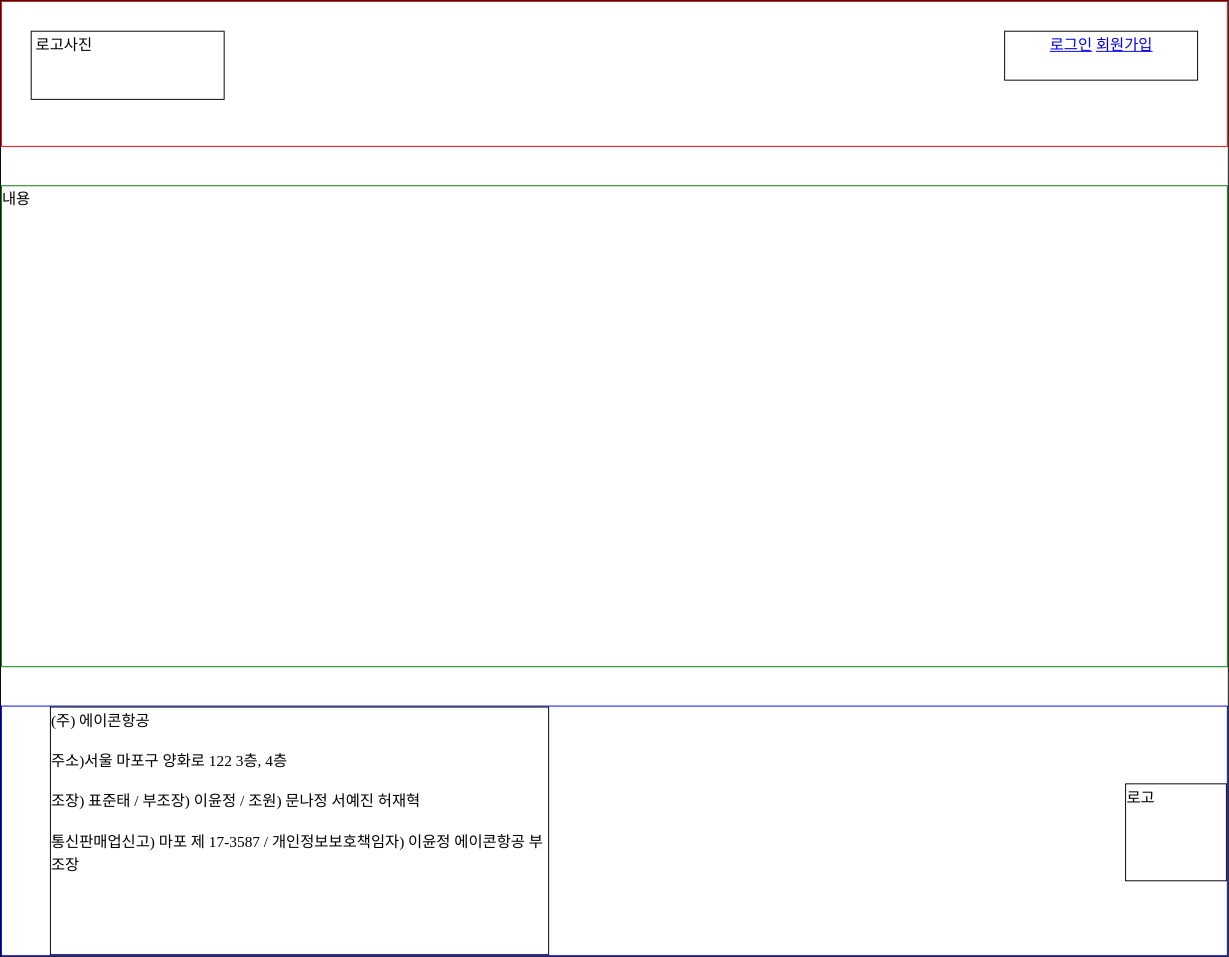
Repository: juntae710/Acorn_AirlineReservation_Project
Page: http://localhost/prj3_1/WEB-INF/views/h_index.jsp
An editor plug-in stored every save of this project. The page is shown before and after the next save, followed by the edit.
The browser window is 1280 px wide. The pictures show the whole page, at 96% of full size.
The page is served by Tomcat 9. Nobody is signed in. Other server files are loaded and not shown. The template is opened directly, without the code that normally fills it, so the values that code supplies are empty.

Above is the page before, as saved 2023-09-20 01:20:07.

### Eclipse/prj3_1/src/main/webapp/WEB-INF/views/h_index.jsp
<%@ page language="java" contentType="text/html; charset=UTF-8" pageEncoding="UTF-8"%>
<!DOCTYPE html>
<html>
<head>
<meta charset="UTF-8">
<title>Insert title here</title>
<style>
* {
	margin: 0;
}

main {
	border: 1px solid black;
}

header {
	border: 1px solid red;
	height: 150px;
	display: flex;
	position: relative;
}

.headerimg {
	width: 200px;
	height: 70px;
	border: 1px solid black;
	position: absolute;
	left: 30px;
	top: 30px;
}

.headerAtag {
	width: 200px;
	height: 50px;
	border: 1px solid black;
	position: absolute;
	right: 30px;
	top: 30px;
	text-align: center;
}

section {
	border: 1px solid green;
	height: 500px;
	margin-top: 40px;
}

footer {
	border: 1px solid blue;
	height: 259px;
	margin-top: 40px;
	margin-bottom: 0px;
	display: flex;
}


.footer_info{
border: 1px solid black;
margin-left: 50px;
width: 1000px;


}
.footer_img{
border: 1px solid black;
width: 200px;
height: 100px;
margin-left: 600px;
margin-top: 80px;
}

</style>
</head>
<body>
	<main>
		<header>
			<div class="headerimg">
				<img src="" alt=""> 로고사진
			</div>

			<%
			String id = (String) session.getAttribute("id");
			%>

			<div class="headerAtag">
				<%
				if (id == null) {
				%>
				<a href="<%=request.getContextPath()%>/h_login">로그인</a>
				<%
				%>
				<a href="<%=request.getContextPath()%>/l_join">회원가입</a>
				<%
				} else {
				%>
				<p>아이디: <%=id%>님 </p>
				<a href="<%=request.getContextPath()%>/h_logOut">로그아웃</a>
				<a href="<%=request.getContextPath()%>/UUA.do">마이페이지</a>

				<%
				}
				%>
			</div>

		</header>

		<section>내용</section>



		<footer>
		<div class="footer_info">(주) 에이콘항공 <br><br>
			 주소)서울 마포구 양화로 122 3층, 4층 <br><br>
			조장) 표준태 / 부조장) 이윤정 / 조원) 문나정 서예진 허재혁 <br><br>
			통신판매업신고) 마포 제 17-3587 / 개인정보보호책임자) 이윤정 에이콘항공 부조장
		 </div>
		<div class="footer_img"><img alt="" src="">로고</div>
		</footer>
	</main>
</body>
</html>

After the next save:
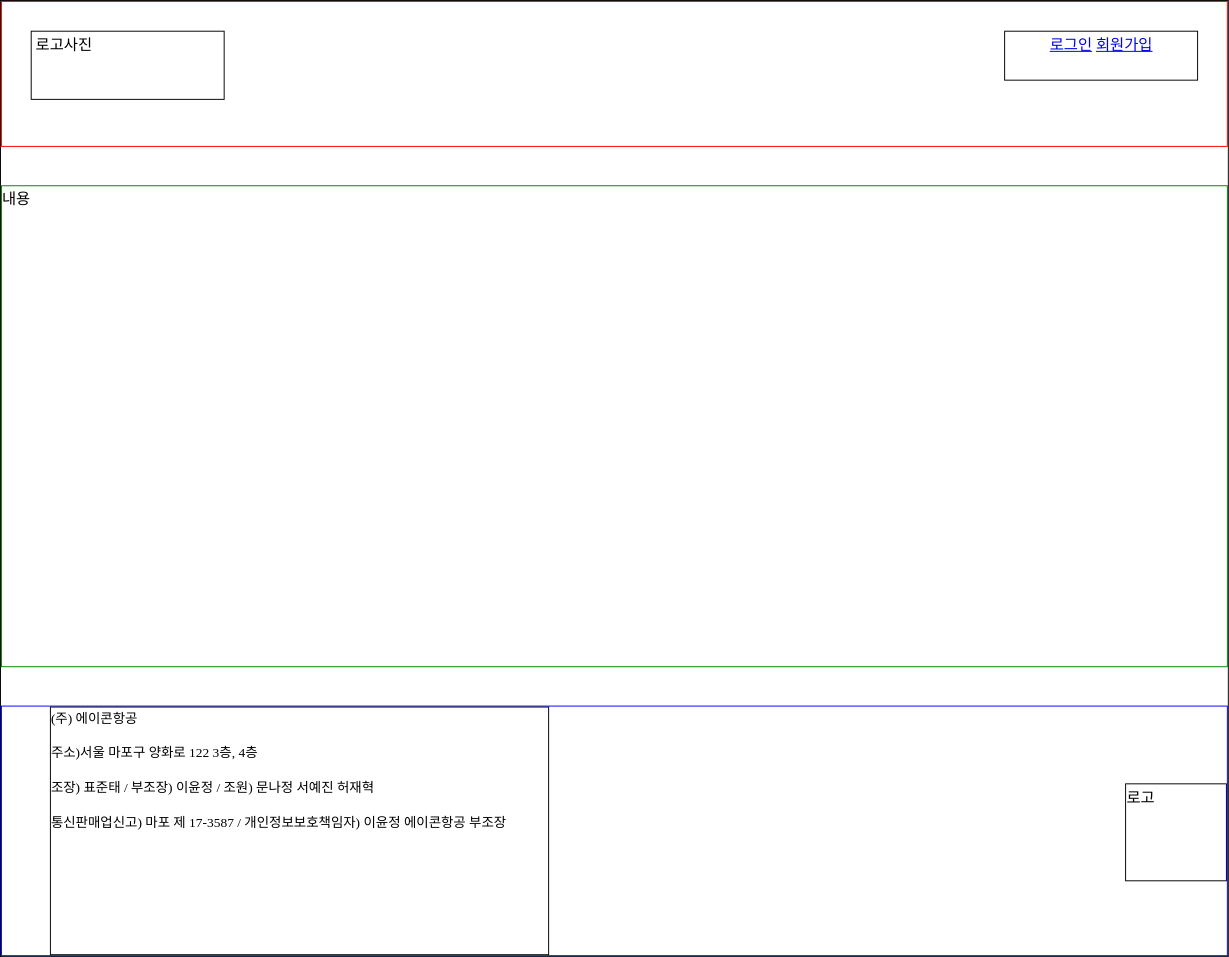
Saved 20 s later.
--- a/Eclipse/prj3_1/src/main/webapp/WEB-INF/views/h_index.jsp
+++ b/Eclipse/prj3_1/src/main/webapp/WEB-INF/views/h_index.jsp
@@ -58,6 +58,7 @@ footer {
 border: 1px solid black;
 margin-left: 50px;
 width: 1000px;
+font-size: 14px;
 
 
 }
